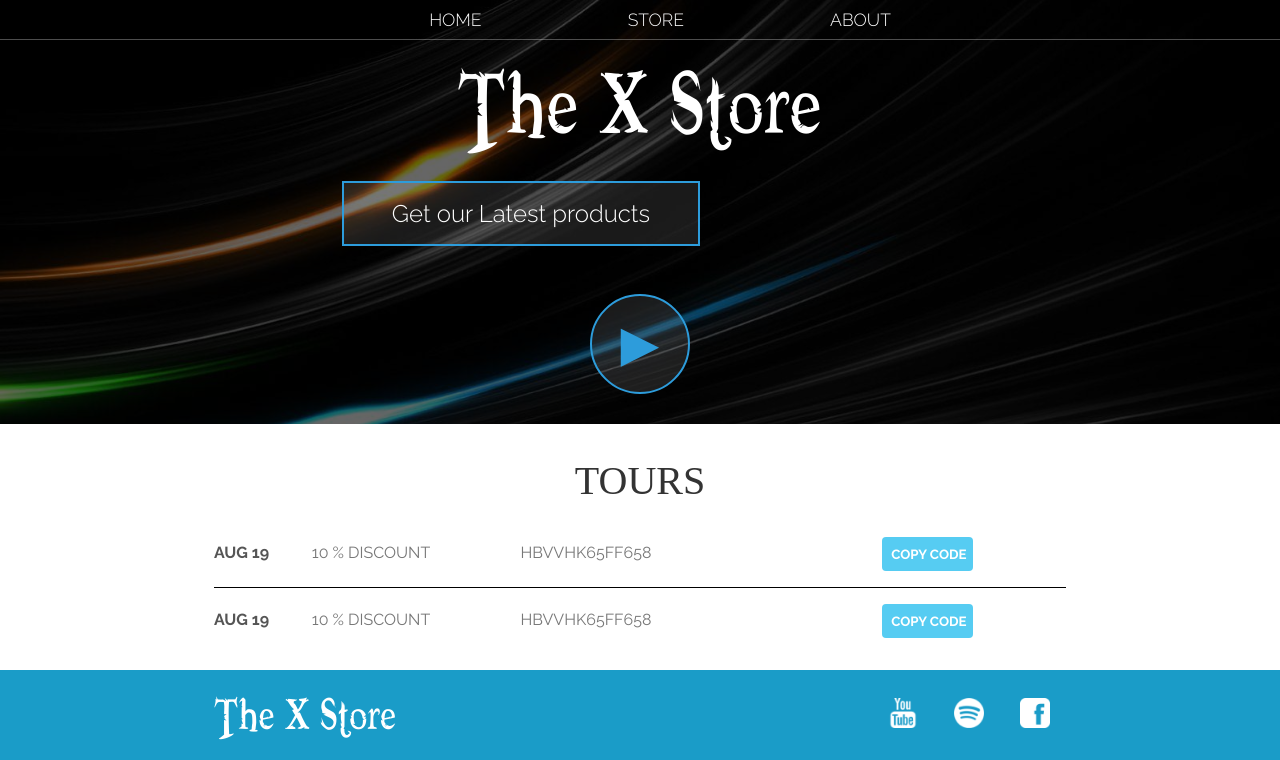
Repository: RL20/Strip_N_Shopping-cart
Page: index.html
The author's editor kept a copy of each file at every save. The page is drawn from the files as they stood at one save, then again after the next save.
The browser window is 1280 px wide. The pictures show the whole page.
Some web fonts or font styles are not loaded; a fallback is used.

Above is the page before, as saved 2022-08-18 19:08:34.

After the next save:
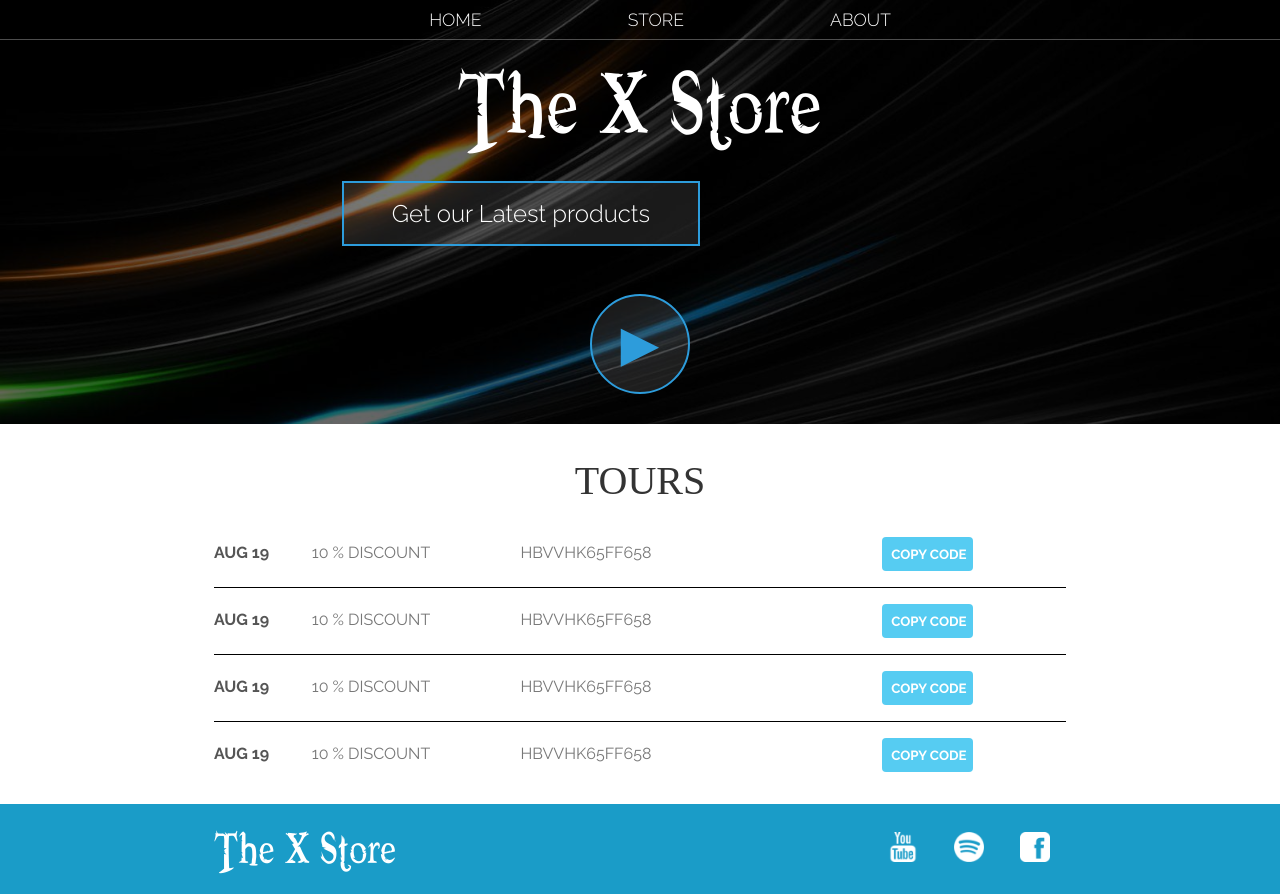
Saved 9 s later.
--- a/index.html
+++ b/index.html
@@ -23,6 +23,18 @@
     <section class="content-section container">
       <h2 class="section-header">TOURS</h2>
       <div>
+        <div class="info-row">
+          <span class="info-item info-date">AUG 19</span>
+          <span class="info-item info-percent">10 % DISCOUNT</span>
+          <span class="info-item info-coupon">HBVVHK65FF658</span>
+          <button type="button" class="info-item info-btn btn btn-primary">COPY CODE</button>
+        </div>
+        <div class="info-row">
+          <span class="info-item info-date">AUG 19</span>
+          <span class="info-item info-percent">10 % DISCOUNT</span>
+          <span class="info-item info-coupon">HBVVHK65FF658</span>
+          <button type="button" class="info-item info-btn btn btn-primary">COPY CODE</button>
+        </div>
         <div class="info-row">
           <span class="info-item info-date">AUG 19</span>
           <span class="info-item info-percent">10 % DISCOUNT</span>
